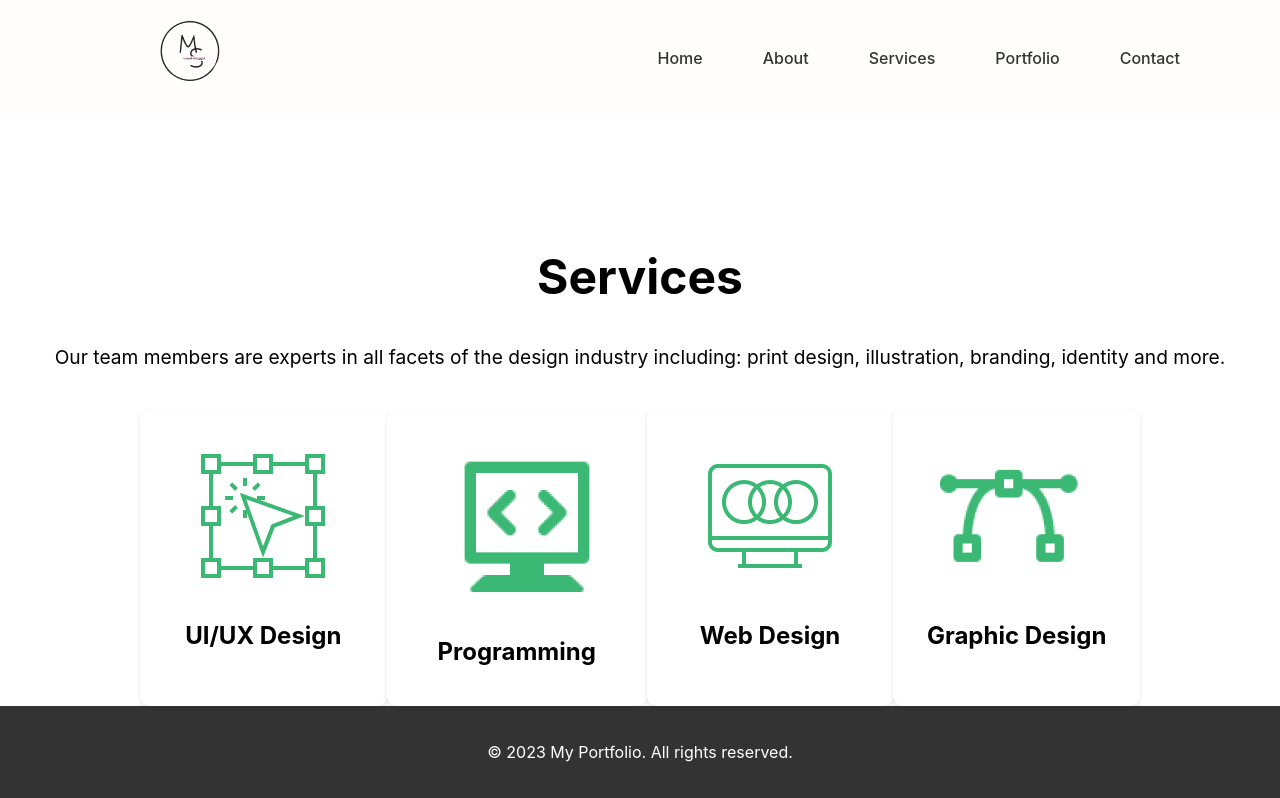
Repository: MEROO1010/Portfolio_00
Page: /services (app in portfolio_00/)
These files come from the project's save history. The page is drawn as it stood at one moment and after the next save; the edit follows.
The browser window is 1280 px wide. The pictures show the whole page.
The project was rebuilt for these pictures with package versions that can differ from the ones it lists, and the page was loaded fresh each time. Also part of the build but not shown: portfolio_00/src/components/Home.jsx, portfolio_00/src/components/About.jsx, portfolio_00/src/components/Portfolio.jsx, portfolio_00/src/components/Contact.jsx.

Above is the page before, as saved 2024-11-18 12:20:19.

### portfolio_00/src/App.jsx
import React from 'react';
import { BrowserRouter, Route, Routes } from 'react-router-dom';
import Header from './components/Header';
import Home from './components/Home';
import About from './components/About';
import Services from './components/Services';
import Portfolio from './components/Portfolio';
import Contact from './components/Contact';
import Footer from './components/Footer';
// import GlobalStyle from './styles/global';

const App = () => {
  return (
    <BrowserRouter>
    <Header />
    <Routes>
      <Route path="/"  element={<Home />} />
      <Route path="/about"  element={<About />} />
      <Route path="/services" element={<Services  />} />

      <Route path="/portfolio" element={<Portfolio />} />
      <Route path="/contact" element={<Contact />} />
    </Routes>

    <Footer />
  </BrowserRouter>
  );
};

export default App;

### portfolio_00/src/features/counter/counterSlice.js
import { createAsyncThunk, createSlice } from '@reduxjs/toolkit';
import { fetchCount } from './counterAPI';

const initialState = {
  value: 0,
  status: 'idle',
};

// The function below is called a thunk and allows us to perform async logic. It
// can be dispatched like a regular action: `dispatch(incrementAsync(10))`. This
// will call the thunk with the `dispatch` function as the first argument. Async
// code can then be executed and other actions can be dispatched. Thunks are
// typically used to make async requests.
export const incrementAsync = createAsyncThunk(
  'counter/fetchCount',
  async (amount) => {
    const response = await fetchCount(amount);
    // The value we return becomes the `fulfilled` action payload
    return response.data;
  }
);

export const counterSlice = createSlice({
  name: 'counter',
  initialState,
  // The `reducers` field lets us define reducers and generate associated actions
  reducers: {
    increment: (state) => {
      // Redux Toolkit allows us to write "mutating" logic in reducers. It
      // doesn't actually mutate the state because it uses the Immer library,
      // which detects changes to a "draft state" and produces a brand new
      // immutable state based off those changes
      state.value += 1;
    },
    decrement: (state) => {
      state.value -= 1;
    },
    // Use the PayloadAction type to declare the contents of `action.payload`
    incrementByAmount: (state, action) => {
      state.value += action.payload;
    },
  },
  // The `extraReducers` field lets the slice handle actions defined elsewhere,
  // including actions generated by createAsyncThunk or in other slices.
  extraReducers: (builder) => {
    builder
      .addCase(incrementAsync.pending, (state) => {
        state.status = 'loading';
      })
      .addCase(incrementAsync.fulfilled, (state, action) => {
        state.status = 'idle';
        state.value += action.payload;
      });
  },
});

export const { increment, decrement, incrementByAmount } = counterSlice.actions;

// The function below is called a selector and allows us to select a value from
// the state. Selectors can also be defined inline where they're used instead of
// in the slice file. For example: `useSelector((state: RootState) => state.counter.value)`
export const selectCount = (state) => state.counter.value;

// We can also write thunks by hand, which may contain both sync and async logic.
// Here's an example of conditionally dispatching actions based on current state.
export const incrementIfOdd = (amount) => (dispatch, getState) => {
  const currentValue = selectCount(getState());
  if (currentValue % 2 === 1) {
    dispatch(incrementByAmount(amount));
  }
};

export default counterSlice.reducer;

### portfolio_00/src/components/Header.jsx
import React from 'react';
import styled from 'styled-components';
import { Link } from 'react-router-dom';
import ImageLogo from '../assets/white_logo.png';

const HeaderContainer = styled.header`
  background-color: #FFFEFD;
  padding: 10px 100px;
  display: flex;
  justify-content: space-between;
  align-items: center;
`;

const Logo = styled.h1`
  margin:4px;
  padding-left:40px;
`;

const NavLinks = styled .nav`
  display: flex;
  gap: 60px;
`;

const NavLink = styled(Link)`
  text-decoration: none;
  color: #333;
  font-weight: 500;

  &:hover {
    color: #3BB873;
  }
`;

const Header = () => {
  return (
    <HeaderContainer>
      <Logo><img src={ImageLogo} alt="Description of image" /></Logo>
      <NavLinks>
        <NavLink to="/">Home</NavLink>
        <NavLink to="/about">About</NavLink>
        <NavLink to="/services">Services</NavLink>
        <NavLink to="/portfolio">Portfolio</NavLink>
        <NavLink to="/contact">Contact</NavLink>
      </NavLinks>
    </HeaderContainer>
  );
};

export default Header;

### portfolio_00/src/components/Services.jsx
import React from "react";
import styled from "styled-components";
import UI_UX from "../assets/UI_UX.png";
import programming from "../assets/Programming.png";
import webdesign from "../assets/web_design.png";
import graphic_design from "../assets/graphic_design.png";

const Container = styled.div`
  display: flex;
  justify-content: center;
  align-items: center;
  flex-direction: column;
  margin-top: 100px;
`;

const Title = styled.h1`
  font-size: 3rem;
  font-weight: bold;
  margin-bottom: 20px;
`;

const Subtitle = styled.p`
  font-size: 1.2rem;
  margin-bottom: 40px;
`;

const ServicesContainer = styled.div`
  display: flex;
  justify-content: space-between;
  width: 80%;
  max-width: 1000px;
  margin: 0 auto;
`;

const ServiceCard = styled.div`
  background-color: white;
  border-radius: 10px;
  padding: 30px;
  box-shadow: 0 2px 4px rgba(0, 0, 0, 0.1);
  text-align: center;
  width: 200px;
`;

const Icon = styled.svg`
  width: 50px;
  height: 50px;
  fill: #5cb85c;
  margin-bottom: 20px;
`;

const ServiceTitle = styled.h3`
  font-size: 1.5rem;
  font-weight: bold;
  margin-bottom: 10px;
`;

const Services = () => {
  return (
    <Container>
      <Title>Services</Title>
      <Subtitle>
        Our team members are experts in all facets of the design industry
        including: print design, illustration, branding, identity and more.
      </Subtitle>
      <ServicesContainer>
        <ServiceCard>
          <img src={UI_UX} alt="" />
          <ServiceTitle>UI/UX Design</ServiceTitle>
        </ServiceCard>
        <ServiceCard>
          <img src={programming} alt="" />
          <ServiceTitle>Programming</ServiceTitle>
        </ServiceCard>
        <ServiceCard>
          <img src={webdesign} alt="" />
          <ServiceTitle>Web Design</ServiceTitle>
        </ServiceCard>
        <ServiceCard>
          <img src={graphic_design} alt="" />
          <ServiceTitle>Graphic Design</ServiceTitle>
        </ServiceCard>
      </ServicesContainer>
    </Container>
  );
};

export default Services;

### portfolio_00/src/components/Footer.jsx
import React from 'react';
import styled from 'styled-components';

const FooterContainer = styled.footer`
  padding: 20px;
  background-color: #333;
  color: white;
  text-align: center;
`;

const Footer = () => {
  return (
    <FooterContainer>
      <p>&copy; 2023 My Portfolio. All rights reserved.</p>
    </FooterContainer>
  );
};

export default Footer;

Loaded but not shown: portfolio_00/public/index.html (common file); portfolio_00/src/index.js (common file); portfolio_00/src/app/store.js (common file); portfolio_00/src/reportWebVitals.js (common file); portfolio_00/src/index.css (common file); portfolio_00/src/features/counter/counterAPI.js (common file)

After the next save:
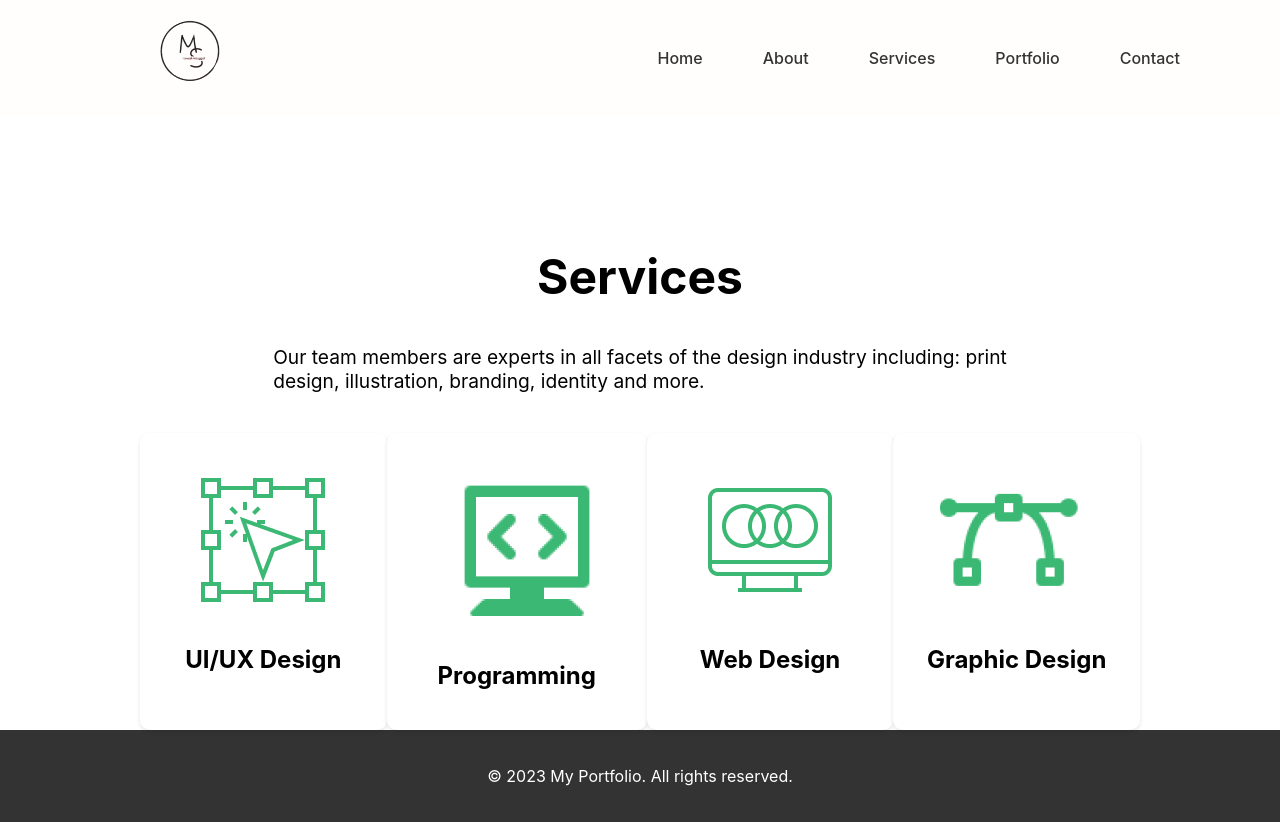
Saved 33 s later.
--- a/portfolio_00/src/components/Services.jsx
+++ b/portfolio_00/src/components/Services.jsx
@@ -60,7 +60,7 @@ const Services = () => {
       <Title>Services</Title>
       <Subtitle>
         Our team members are experts in all facets of the design industry
-        including: print design, illustration, branding, identity and more.
+        including: print<br/> design, illustration, branding, identity and more.
       </Subtitle>
       <ServicesContainer>
         <ServiceCard>
